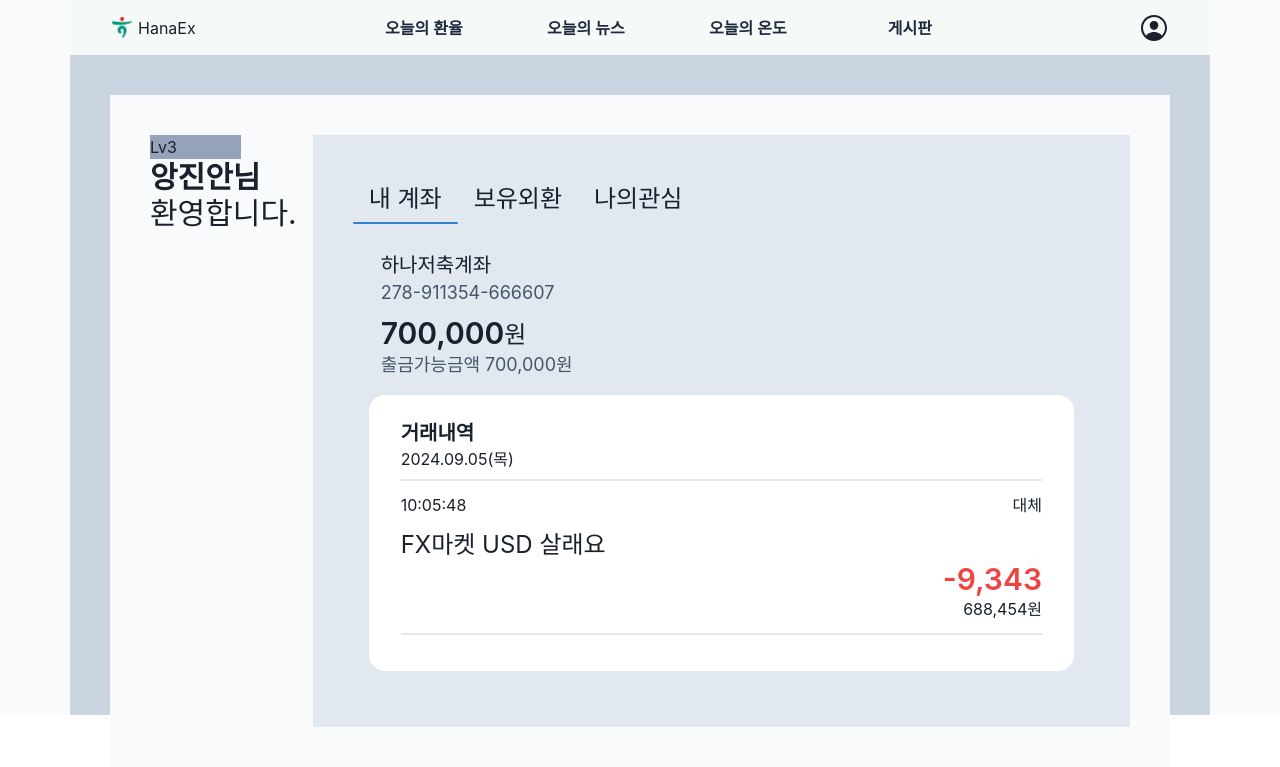
Repository: HANAEX/FRONT
Page: /My
These files come from the project's save history. The page is drawn as it stood at one moment and after the next save; the edit follows.
The browser window is 1280 px wide. The pictures show the whole page.
The project was rebuilt for these pictures with package versions that can differ from the ones it lists, and the page was loaded fresh each time. Also part of the build but not shown: src/components/ChartCard.js, src/components/FlowText.js, src/pages/MainPage.js, src/pages/LoginPage.js, src/components/Toggle.js, src/components/SementicCard.js, src/data/imageMapper.js, src/data/countryMapper.js and 32 more.

Above is the page before, as saved 2024-09-05 17:06:45.

After the next save:
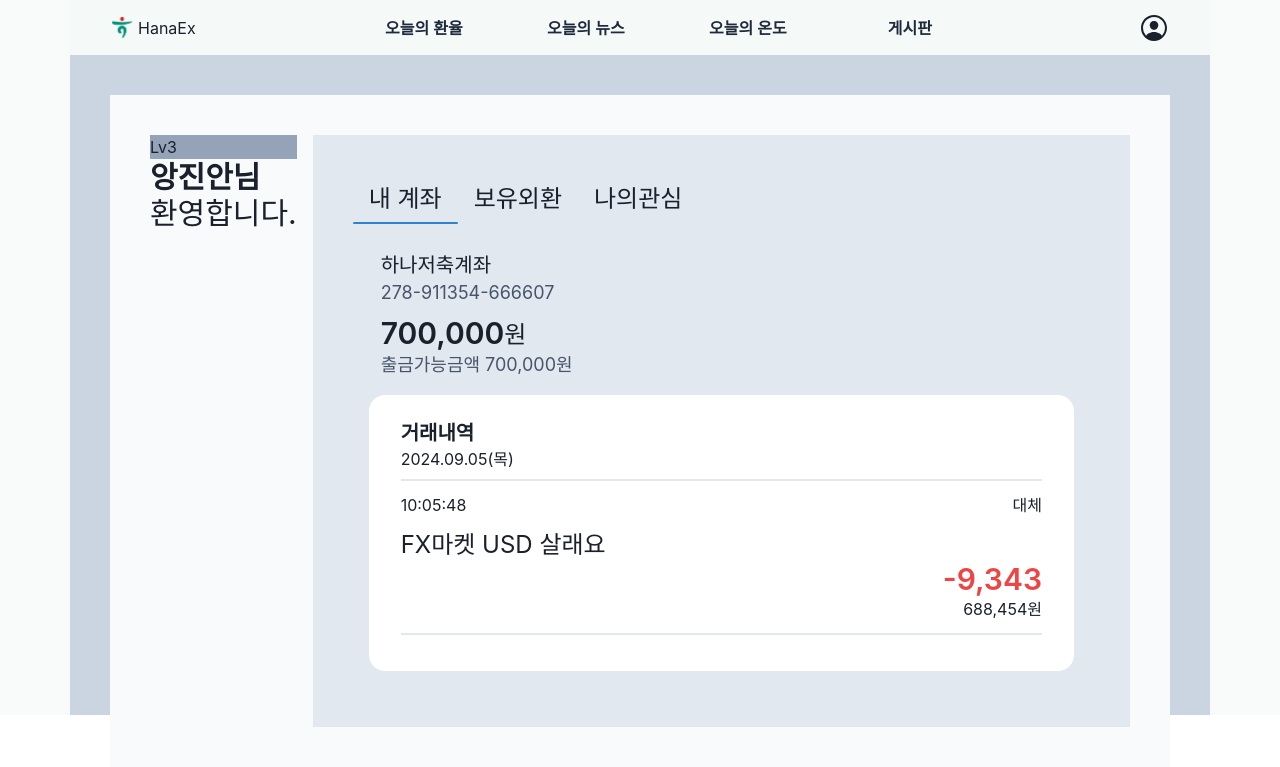
Saved 13 s later.
--- a/src/pages/MyPage.js
+++ b/src/pages/MyPage.js
@@ -14,7 +14,7 @@
     <div className="w-[1140px] h-[calc(100vh-60px)] flex flex-col py-10 px-10 bg-slate-300">
       <div className="bg-slate-50 p-10 flex">
         <div className="mr-4 ">
-          <Text className="bg-slate-400 mr-14">Lv3</Text>
+          <Text className="bg-slate-400 mr-15">Lv3</Text>
           <Text className="font-semibold text-3xl">앙진안님</Text>
           <Text className="text-3xl">환영합니다.</Text>
         </div>

After the save that followed:
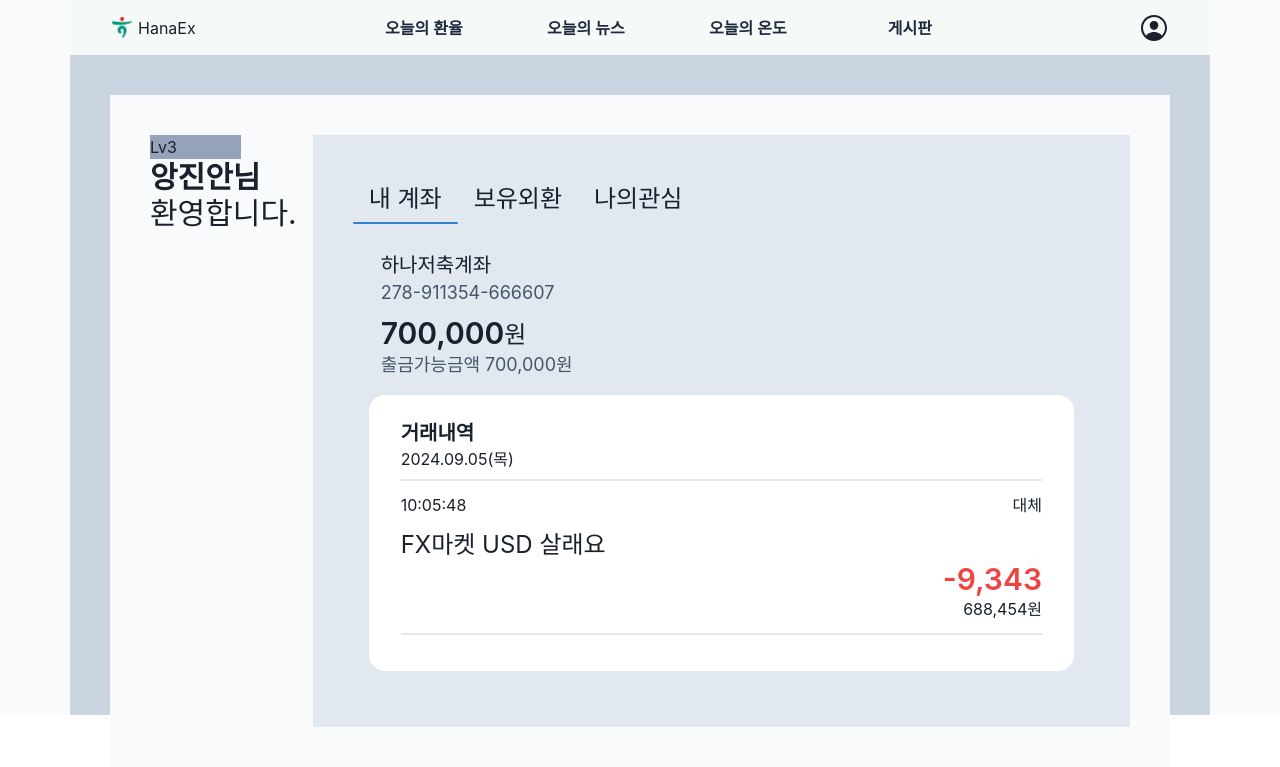
Saved 4 s later.
--- a/src/pages/MyPage.js
+++ b/src/pages/MyPage.js
@@ -14,7 +14,7 @@
     <div className="w-[1140px] h-[calc(100vh-60px)] flex flex-col py-10 px-10 bg-slate-300">
       <div className="bg-slate-50 p-10 flex">
         <div className="mr-4 ">
-          <Text className="bg-slate-400 mr-15">Lv3</Text>
+          <Text className="bg-slate-400 mr-14">Lv3</Text>
           <Text className="font-semibold text-3xl">앙진안님</Text>
           <Text className="text-3xl">환영합니다.</Text>
         </div>
